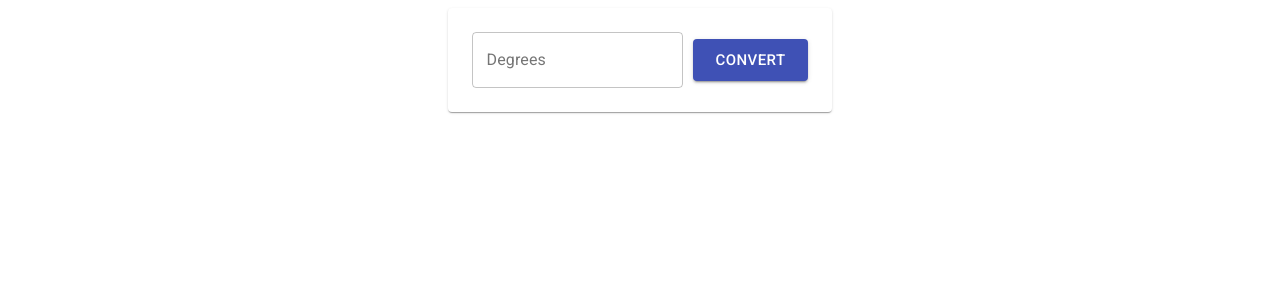
Repository: zum281/temperature-converter
Page: /
An editor plug-in stored every save of this project. The page is shown before and after a run of saves, followed by the edit.
The browser window is 1280 px wide. The pictures show the whole page.
The project was rebuilt for these pictures with package versions that can differ from the ones it lists, and the page was loaded fresh each time. Also part of the build but not shown: src/index.css.

Above is the page before, as saved 2021-07-09 13:18:41.

After the next 2 saves:
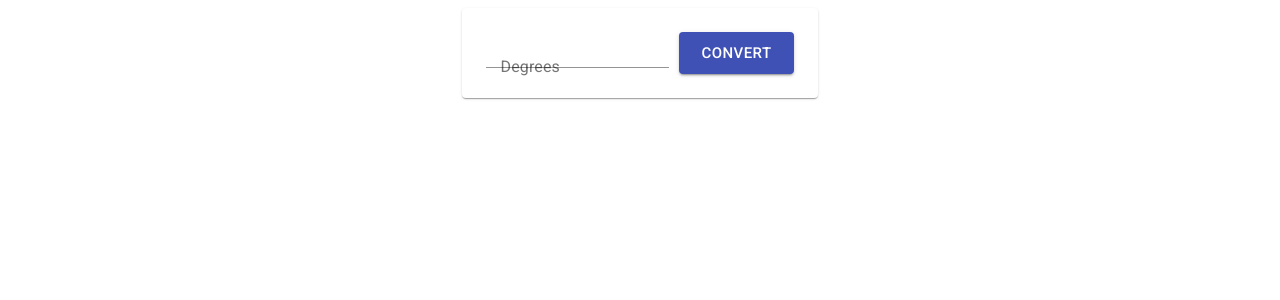
The 2 saves are shown as one change because 1 did not build or start.
The last was saved 27 s later.
--- a/src/App.js
+++ b/src/App.js
@@ -2,7 +2,7 @@ import { makeStyles } from "@material-ui/core/styles";
 import {
     Paper,
     Button,
-    OutlinedInput,
+    TextField,
     InputLabel,
     FormControl,
 } from "@material-ui/core";
@@ -35,11 +35,7 @@ function App() {
                 <form noValidate autoComplete="off" className={classes.form}>
                     <FormControl variant="outlined">
                         <InputLabel htmlFor="degrees">Degrees</InputLabel>
-                        <OutlinedInput
-                            type="number"
-                            id="degrees"
-                            size="small"
-                        />
+                        <TextField type="number" id="degrees" size="small" />
                     </FormControl>
 
                     <Button variant="contained" color="primary" size="large">
